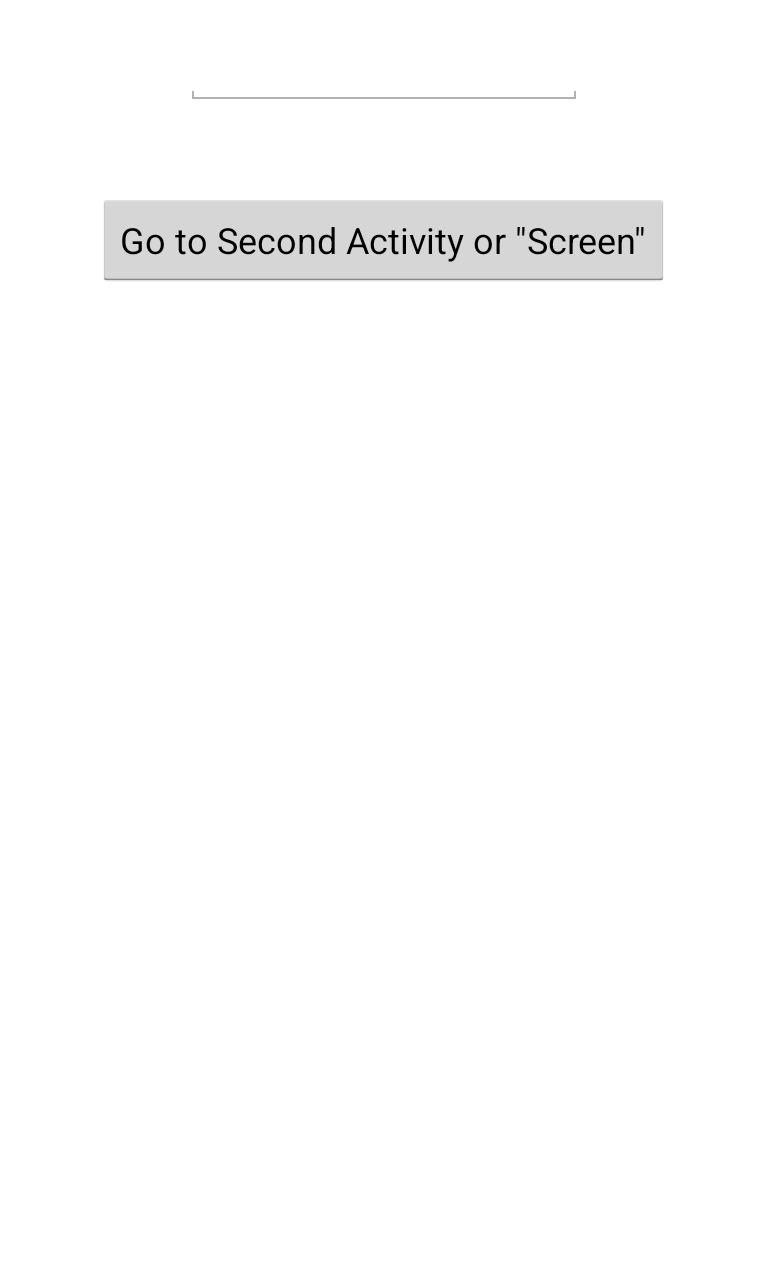
Repository: fsoDannis/workspace
Layout: LyndaTutorials/res/layout/activity_main.xml
The author's editor kept a copy of each file at every save. The layout is drawn from the files as they stood at one save, then again after the next save.
It is drawn on a 768 x 1280 px phone screen (xhdpi) without system bars, with theme AppTheme; the app's code is not run.

Above is the layout before, as saved 2013-01-31 14:09:26.

After the next save:
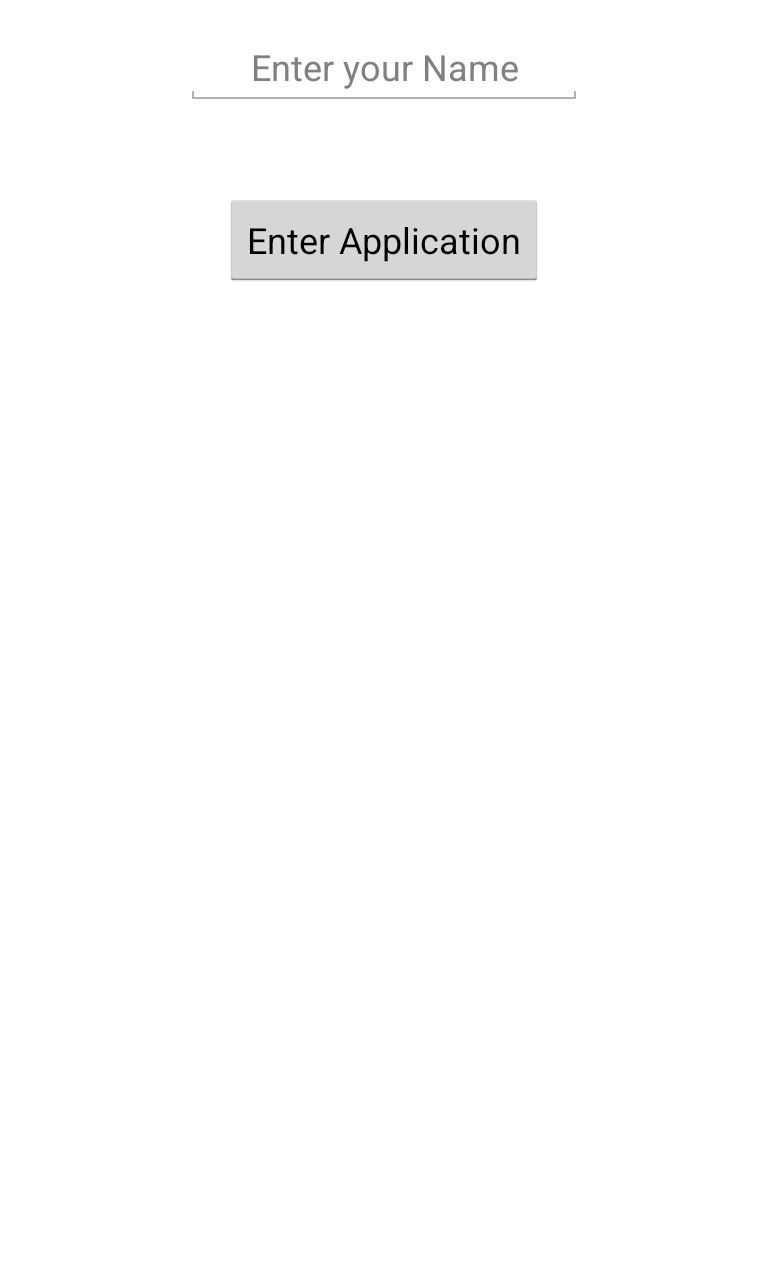
Saved 2 min 26 s later.
--- a/LyndaTutorials/res/layout/activity_main.xml
+++ b/LyndaTutorials/res/layout/activity_main.xml
@@ -25,7 +25,7 @@
         android:layout_centerHorizontal="true"
         android:layout_marginTop="96dp"
         android:gravity="center_vertical|center_horizontal"
-        android:text="Go to Second Activity or &quot;Screen&quot;" />
+        android:text="Enter Application" />
 
     <EditText
         android:id="@+id/et_EnterName"
@@ -34,6 +34,8 @@
         android:layout_below="@+id/linearLayout2"
         android:layout_centerHorizontal="true"
         android:layout_marginTop="14dp"
-        android:ems="10" />
+        android:ems="10"
+        android:gravity="center_vertical|center_horizontal"
+        android:hint="Enter your Name" />
 
 </RelativeLayout>
